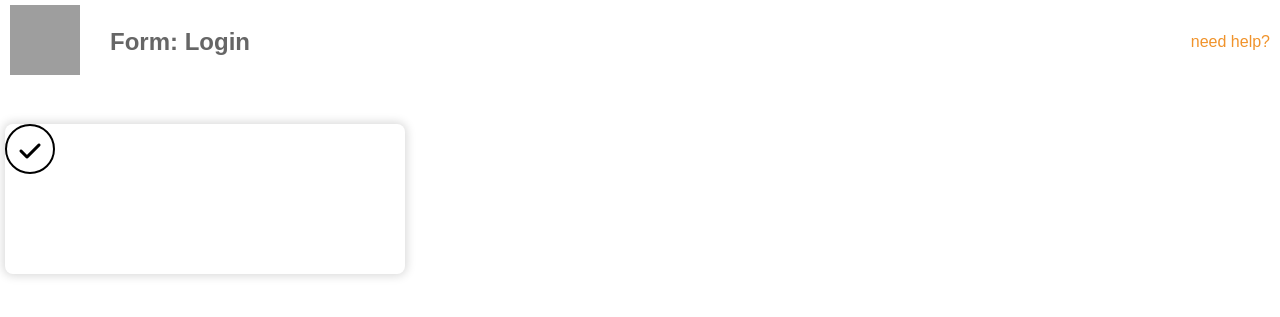
Repository: NguyenDucHung20002/project-homev1
Page: checkout/checkout.html
An editor plug-in stored every save of this project. The page is shown before and after the next save, followed by the edit.
The browser window is 1280 px wide. The pictures show the whole page.
Pictures or frames that could not be fetched are drawn as grey boxes. The style sheet was rebuilt from its Sass, Less or Tailwind sources for each picture, by a compiler version that may differ from the author's.

Above is the page before, as saved 2022-09-20 09:18:20.

### checkout/checkout.html
<!DOCTYPE html>
<html lang="en">

<head>
    <meta charset="UTF-8">
    <meta http-equiv="X-UA-Compatible" content="IE=edge">
    <meta name="viewport" content="width=device-width, initial-scale=1.0">
    <link rel="stylesheet" href="../reset.css">
    <link rel="stylesheet" href="../fontawesome-free-6.1.2-web/css/all.min.css">
    <link rel="stylesheet" href="../dist/css/checkout.css">
    <title>Document</title>
    <link rel="icon" href="/icon/favicon.png">
</head>

<body>
    <header>
        <div class="header">
            <div class="container">
                <div class="header-right">
                    <a href="../homev1.html"><img
                            src="http://wp.0effortthemes.com/themes/veggie/wp-content/uploads/2016/06/header-v3-logo.png"
                            alt=""></a>
                    <h2 class="name-form">Form: Login</h2>
                </div>
                <div class="header-left">
                    <a href="" class="help">need help?</a>
                </div>
            </div>
        </div>
    </header>

    <div class="content">
        <div class="container">
            <div class="thank-you">
                <i class="fa-solid fa-check"></i>
            </div>
        </div>
    </div>

</body>

<script src="https://cdnjs.cloudflare.com/ajax/libs/jquery/3.6.0/jquery.min.js"
    integrity="sha512-894YE6QWD5I59HgZOGReFYm4dnWc1Qt5NtvYSaNcOP+u1T9qYdvdihz0PPSiiqn/+/3e7Jo4EaG7TubfWGUrMQ=="
    crossorigin="anonymous" referrerpolicy="no-referrer"></script>
<script src="./checkout.js"></script>

</html>

### reset.css
*,
*::after,
*::before {
  margin: 0;
  padding: 0;
  box-sizing: border-box;
}
a {
  text-decoration: none;
  /* mặc đinh là text-decoration: underline; */
}
ul,
ol {
  list-style: none;
}
input,
button {
  outline: none;
  border: none;
  background: none;
}
table,
th,
td {
  border-collapse: collapse;
}

### checkout/checkout.js
$(".btn-checkout").click((e) => {
  e.preventDefault();
});

### checkout/checkout.scss
* {
  font-family: "Poppins", sans-serif;
}
body {
  position: relative;
}
.container {
  margin: 0 auto;
  width: 1270px;
}
header {
  width: 100%;
  position: fixed;
  top: 0;
  left: 0;
  z-index: 10000;
  background-color: rgba(#ffffff, 0.8);
  .header {
    .container {
      display: flex;
      align-items: center;
      justify-content: space-between;
      padding: 5px;
      .header-right {
        display: flex;
        justify-content: flex-start;
        align-items: center;
        a {
          img {
            width: 70px;
            height: 70px;
          }
        }
        .name-form {
          color: #666;
          margin-left: 30px;
        }
      }
      .header-left {
        a {
          color: #f0932b;
        }
      }
    }
  }
}
.content {
  .container {
    background-color: #ffffff;
    margin-top: 84px;
    padding: 40px 0px;
    .thank-you {
      width: 400px;
      height: 150px;
      border-radius: 8px;
      box-shadow: 0px 0px 10px 2px rgba(0, 0, 0, 0.15);
      i {
        text-align: center;
        line-height: 50px;
        width: 50px;
        height: 50px;
        border: 2px solid black;
        border-radius: 50%;
        font-size: 24px;
      }
    }
  }
}

Loaded but not shown: fontawesome-free-6.1.2-web/css/all.min.css (library)

After the next save:
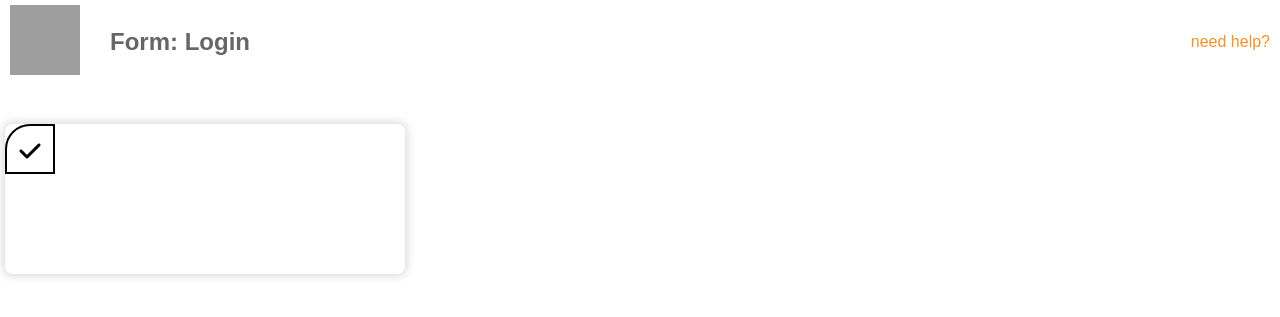
Saved 23 s later.
--- a/checkout/checkout.scss
+++ b/checkout/checkout.scss
@@ -60,7 +60,7 @@
         width: 50px;
         height: 50px;
         border: 2px solid black;
-        border-radius: 50%;
+        border-top-left-radius: 50%;
         font-size: 24px;
       }
     }

After the save that followed:
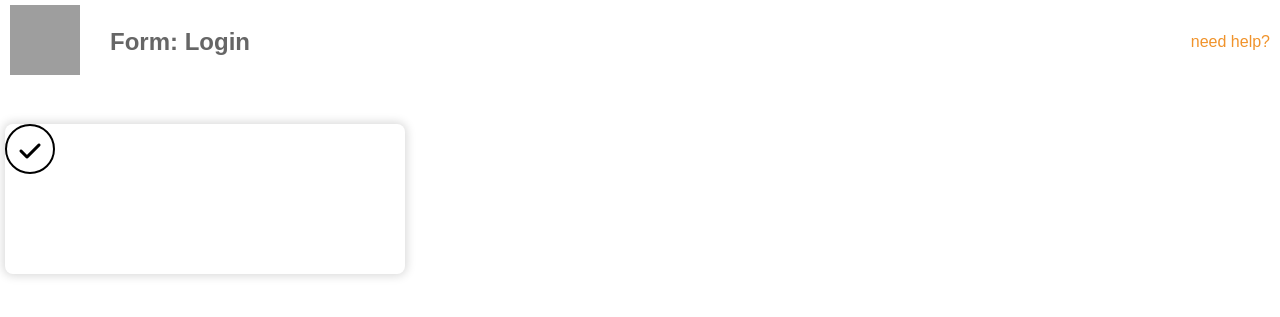
Saved 9 s later.
--- a/checkout/checkout.scss
+++ b/checkout/checkout.scss
@@ -60,7 +60,7 @@
         width: 50px;
         height: 50px;
         border: 2px solid black;
-        border-top-left-radius: 50%;
+        border-radius: 50%;
         font-size: 24px;
       }
     }
